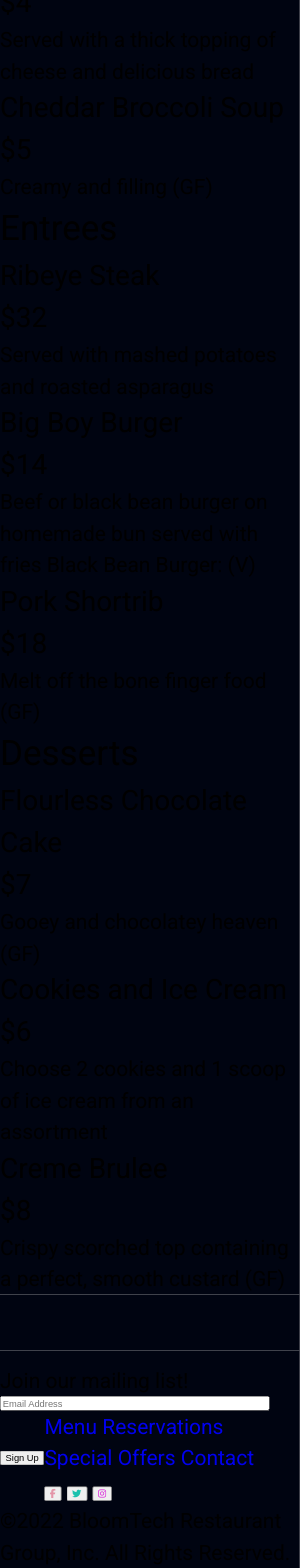
Repository: yoshimario/web-sprint-challenge-user-interface-responsive-design
Page: menu.html
The author's editor kept a copy of each file at every save. The page is drawn from the files as they stood at one save, then again after the next save.
The browser window is 375 px wide. The page is 428 px wide, so the pictures cover 428 px, including what lies to the right of the window. The pictures show the part of the page from y = 3176 to 5416 px (the page is 5416 px tall before and 5356 px after), at 70% of full size.
Some web libraries are served in a nearby version.

Above is the page before, as saved 2023-06-14 22:56:12.

After the next save:
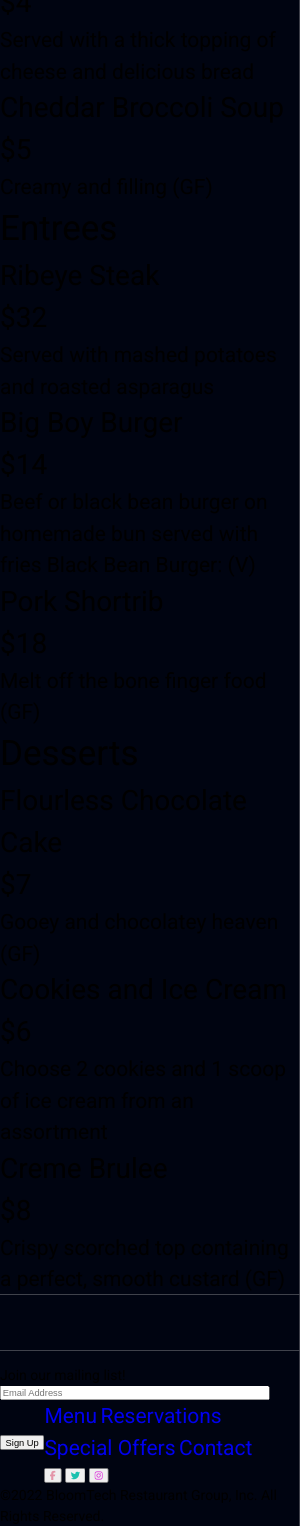
Saved 2 min 29 s later.
--- a/css/menu.css
+++ b/css/menu.css
@@ -274,6 +274,9 @@
             flex-wrap: wrap;
             background-color: rgb(0, 4, 17);
             align-items: center;
+            height: auto;
+            padding-top: 2.5vh;
+            font-size: 2rem;
         }
 
         #email {

After the save that followed:
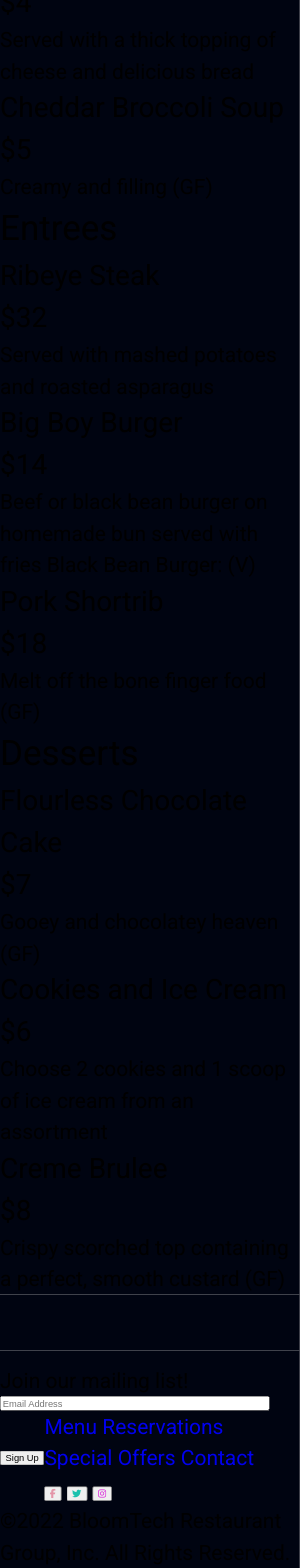
Saved 7 s later.
--- a/css/menu.css
+++ b/css/menu.css
@@ -275,8 +275,7 @@
             background-color: rgb(0, 4, 17);
             align-items: center;
             height: auto;
-            padding-top: 2.5vh;
-            font-size: 2rem;
+
         }
 
         #email {
